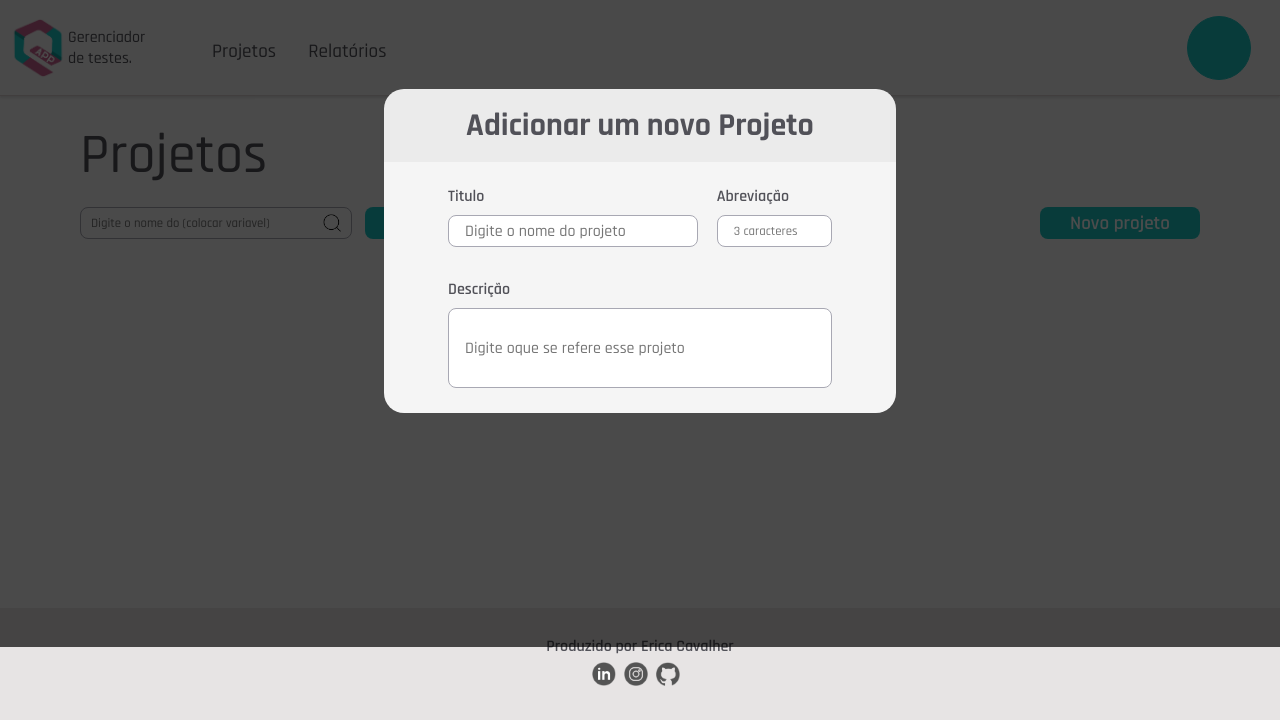
Repository: kika-cavalher/qapp-web
Page: /, after clicking the first element matching `div.btn-open-modal > button`
An editor plug-in stored every save of this project. The page is shown before and after the next save, followed by the edit.
The browser window is 1280 px wide. The pictures show the whole page.
The page's requests for data from a server got no answer. The project was rebuilt for these pictures with package versions that can differ from the ones it lists, and the page was loaded fresh each time. No one was signed in, and anything a server would have sent is missing. Also part of the build but not shown: src/hooks/useAuth.ts, src/styles/pages/signIn.scss, src/components/Pages/auth/SignIn.tsx, src/styles/pages/signUp.scss, src/components/Pages/auth/SignUp.tsx. Imported but missing from the stored project, and not drawn on this page: src/components/PageDefault/head/logo/logo.

Above is the page before, as saved 2022-03-26 17:38:28.

After the next save:
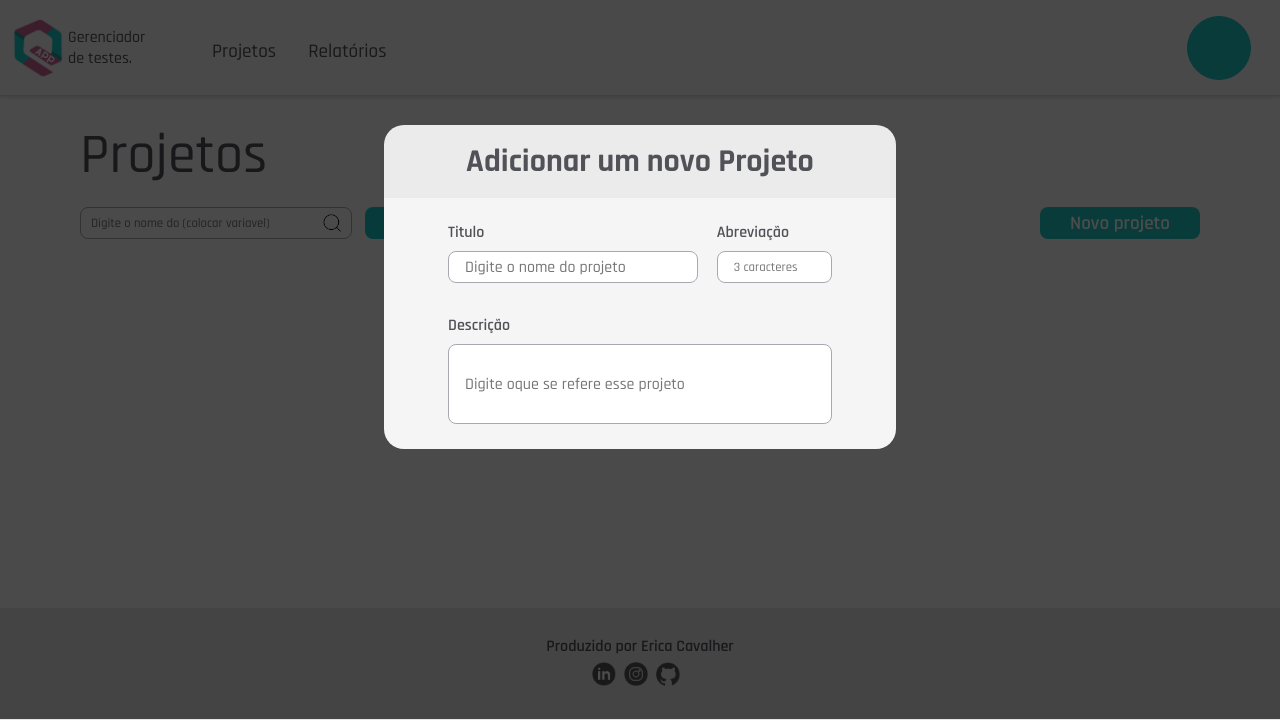
Saved 2 min 17 s later.
--- a/src/components/Global/modal/style.scss
+++ b/src/components/Global/modal/style.scss
@@ -8,7 +8,7 @@
     position: fixed;
     z-index: 2;
     width: 100%;
-    height: 110%;
+    height: 120%;
     margin-top: -25rem;
     margin-left: -5rem;
 }
